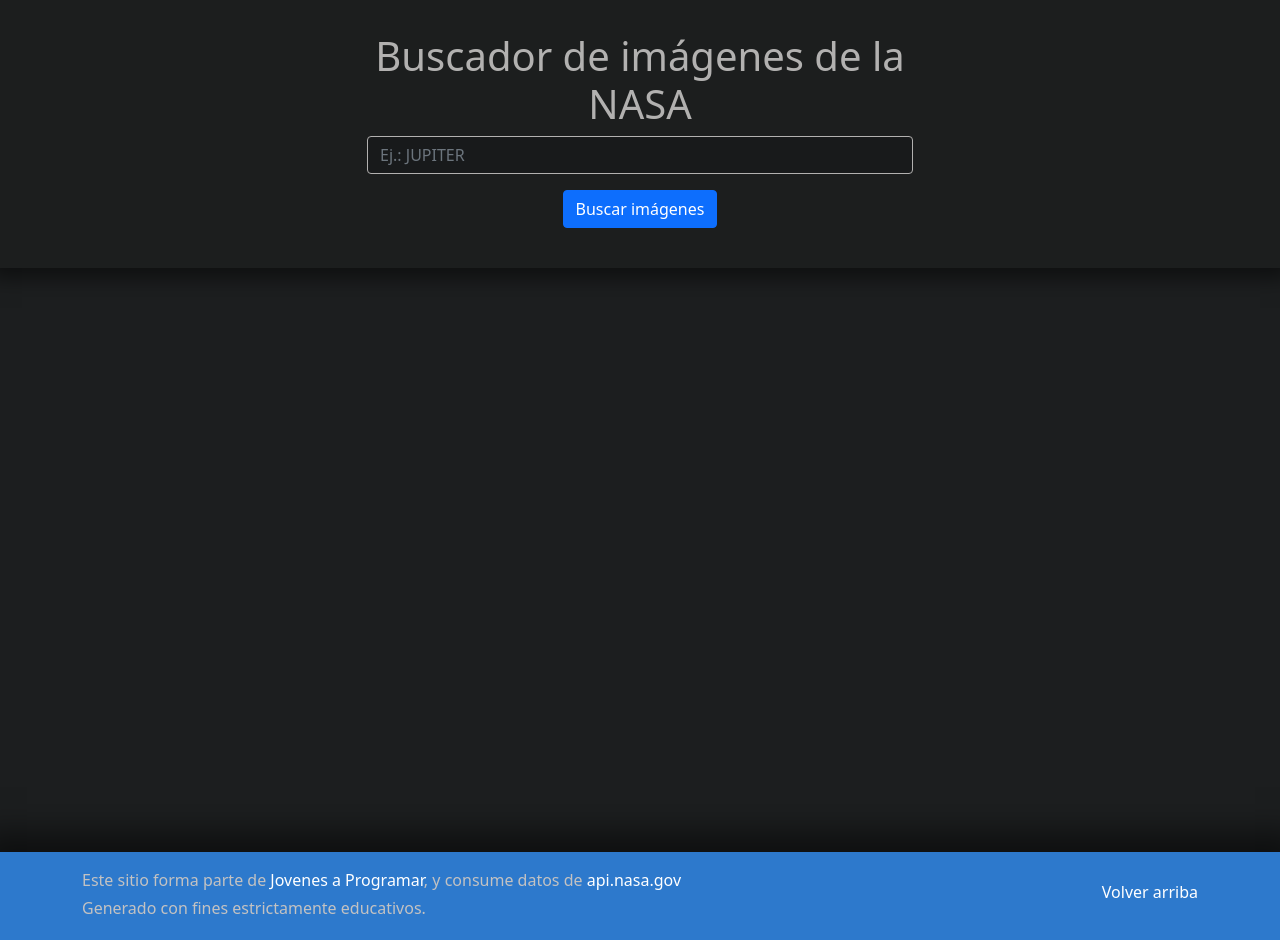
Repository: romancegirl/galaxies
Page: index.html
The author's editor kept a copy of each file at every save. The page is drawn from the files as they stood at one save, then again after the next save.
The browser window is 1280 px wide. The pictures show the whole page.

Above is the page before, as saved 2024-11-30 04:34:11.

After the next save:
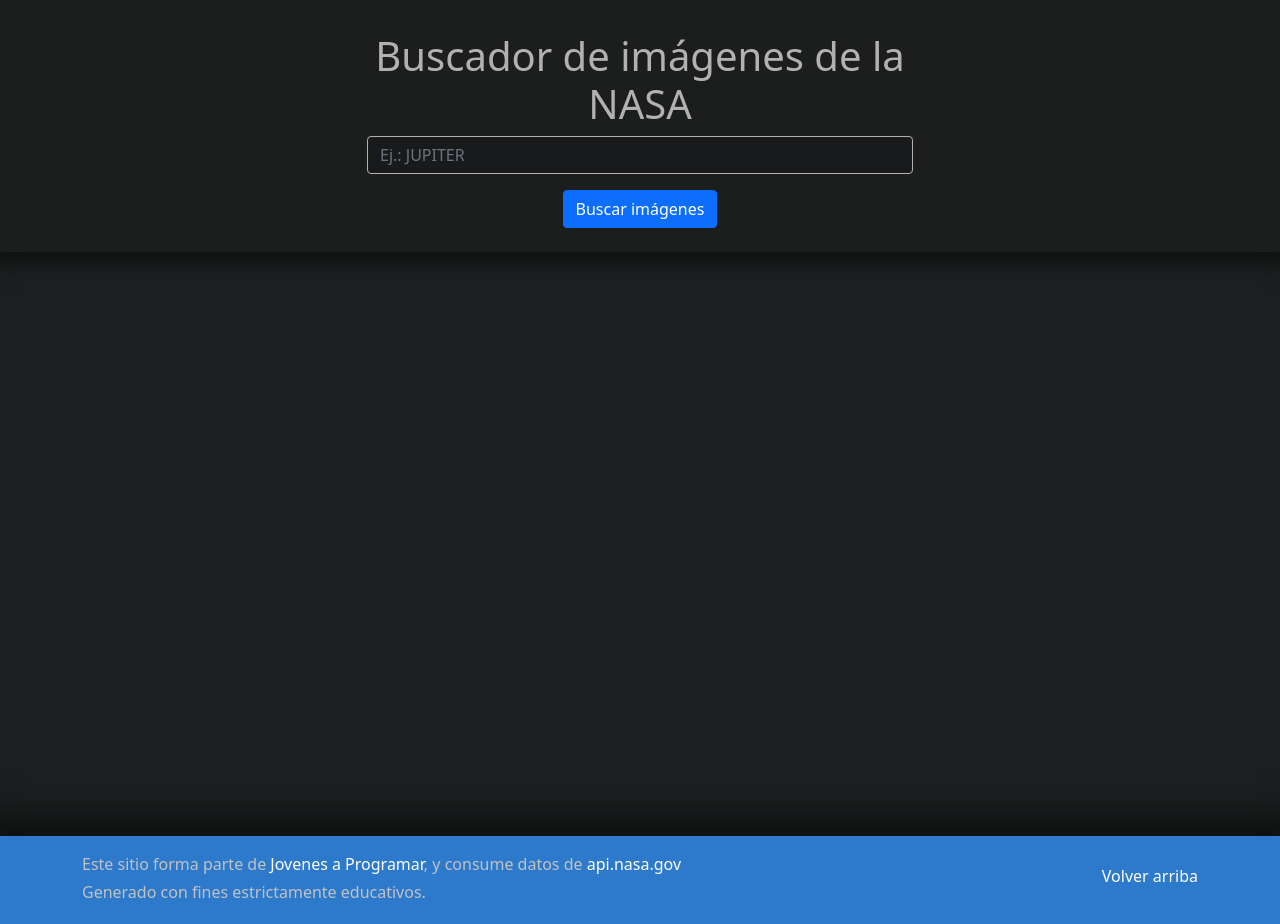
Saved 9 s later.
--- a/css/style.css
+++ b/css/style.css
@@ -18,12 +18,6 @@ main {
     box-shadow: 0 0 20px 10px rgba(0, 0, 0, 0.5);
 }
 
-
-#beggining {
-    margin-bottom: 1rem;
-    align-items: center !important;
-    align-items: center !important;
-}
 
 
 
